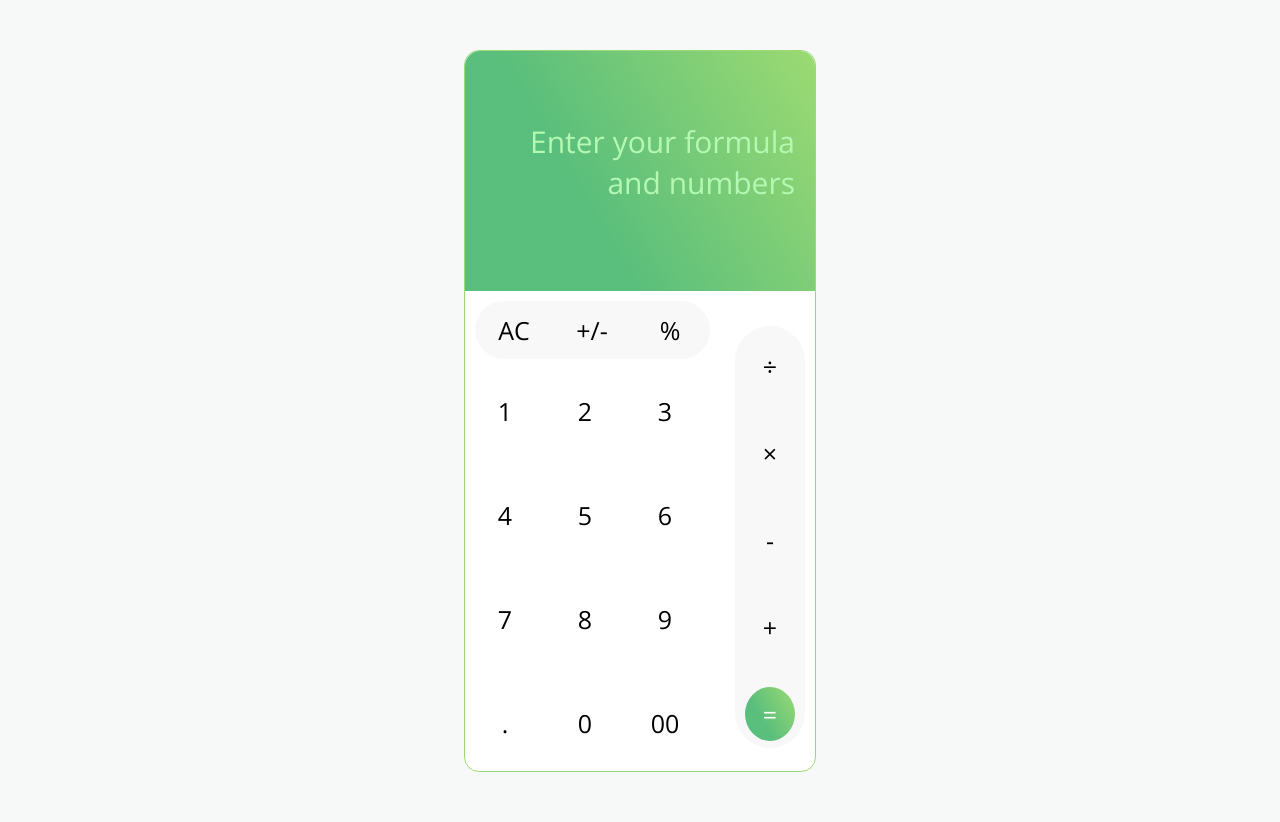
Repository: thasquirrie/Simple-Calculator
Page: index.html
The author's editor kept a copy of each file at every save. The page is drawn from the files as they stood at one save, then again after the next save.
The browser window is 1280 px wide. The pictures show the whole page.

Above is the page before, as saved 2021-04-01 16:34:25.

After the next save:
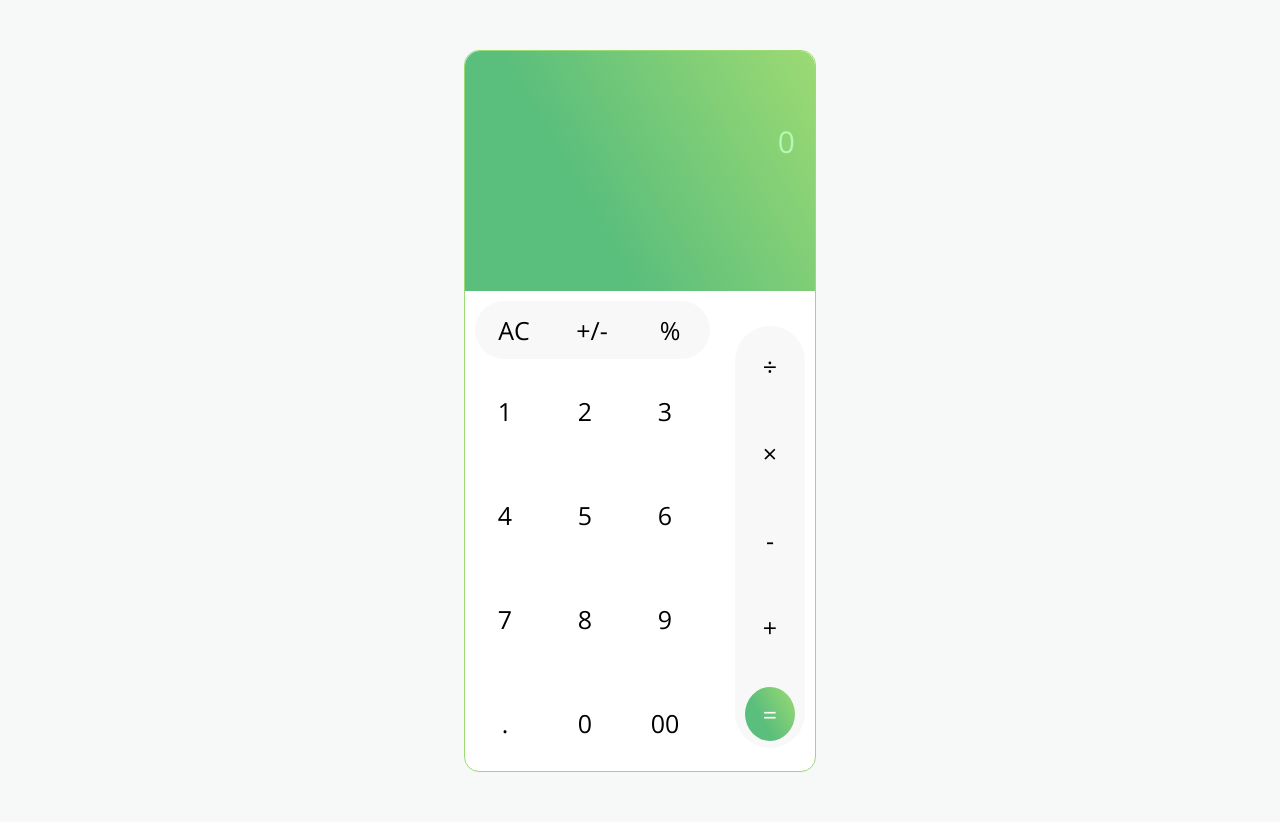
Saved 2 min 1 s later.
--- a/index.html
+++ b/index.html
@@ -13,7 +13,7 @@
   <div id="calculator">
     <div id="top">
       <div id="formula">
-        Enter your formula and numbers
+        0
       </div>
       <div id="result" style="display:none;">
         <div id="equal-symbol">=</div>
